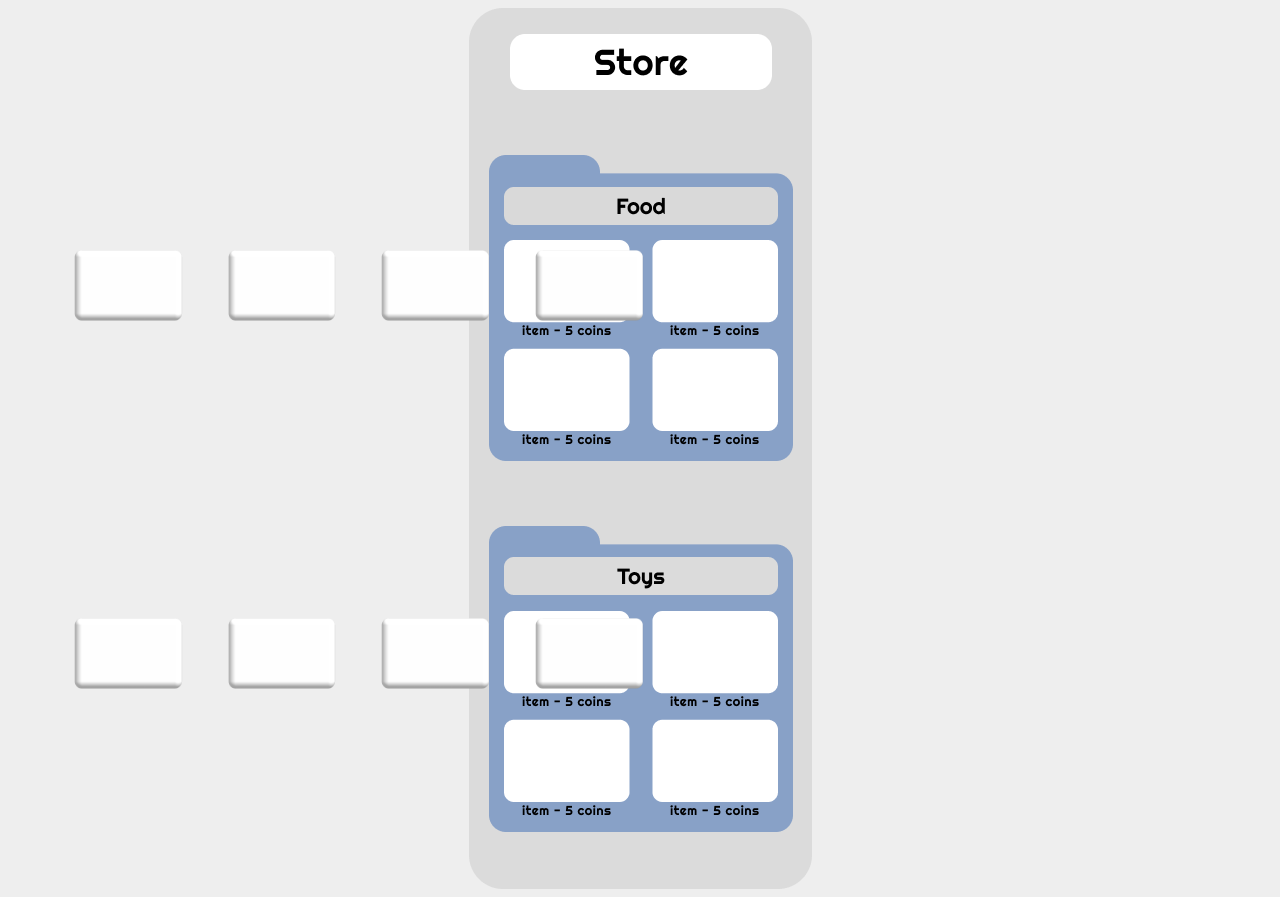
Repository: alemunden/Trash-Scavengers
Page: /ScrappyStore
The author's editor kept a copy of each file at every save. The page is drawn from the files as they stood at one save, then again after the next save.
The browser window is 1280 px wide. The pictures show the whole page.
The project was rebuilt for these pictures with package versions that can differ from the ones it lists, and the page was loaded fresh each time. The framework's server and built-in components were replaced by stand-ins that run in the browser. Also part of the build but not shown: next.config.mjs.

Above is the page before, as saved 2024-04-28 14:54:21.

### pages/ScrappyStore.js
import styles from '@/styles/ScrappyStore.module.css'
import Image from 'next/image'

export default function ScrappyStore() {
    return(
        <>
        <div className={styles.store}>
            <div className={styles.foodItems}>
                <Image src={'/storeitem.png'} width={153.6} height={73.1}/>
                <Image src={'/storeitem.png'} width={153.6} height={73.1}/>
                <Image src={'/storeitem.png'} width={153.6} height={73.1}/>
                <Image src={'/storeitem.png'} width={153.6} height={73.1}/>
            </div>
            <div className={styles.toyItems}>
                <Image src={'/storeitem.png'} width={153.6} height={73.1}/>
                <Image src={'/storeitem.png'} width={153.6} height={73.1}/>
                <Image src={'/storeitem.png'} width={153.6} height={73.1}/>
                <Image src={'/storeitem.png'} width={153.6} height={73.1}/>
            </div>
            <Image src={'/storebackground.png'} width={343} height={881}/>
        </div>
        </>
    )
}

### styles/globals.css
:root {
    --white: #eee;
    --black: #000;
    --light-green: #B4E88C;
    --light-blue: #9EBAE5;
    --light-gray: #c5c5c5;
    --light-yellow: #F3CD70;
    --light-pink: #F3D9D9;
    --medium-green: #429600;
    --gold: #ED9F26;

}

html, body {
    overflow-x: hidden;
    background-color: var(--white);
  }

main {
    padding: 1rem;
  }

li {
    list-style-type: none;
    cursor: pointer;
    margin: 1rem;
    width: 100%;
    padding: 0.5rem;
    color: #000105;
    background-color: var(--light-blue);
    border-radius: 1rem;
    border-bottom: 6px solid #7893bb;
    font-family: "Righteous", sans-serif;
    text-align: center;
    font-size: 1.5rem;
  }

.liHover:hover {
    background-color: #7893bb;
    columns: #fff;
}

.liSelected {
    color: #fff;
    background-color: #000925;
}

### styles/ScrappyStore.module.css
.store {
    display: flex;
    justify-content: center;
}

.foodItems {
    position: absolute;
    display: flex;
    flex-direction: row;
    flex-wrap: wrap;
    top: 15.6rem;
    left: 3.2rem;
    column-gap: 0rem;
    row-gap: 2rem;
}

.toyItems {
    position: absolute;
    display: flex;
    flex-direction: row;
    flex-wrap: wrap;
    top: 38.6rem;
    left: 3.2rem;
    column-gap: 0rem;
    row-gap: 2rem;
}

Loaded but not shown: pages/_app.js (common file); pages/_document.js (common file); pages/api/hello.js (common file)

After the next save:
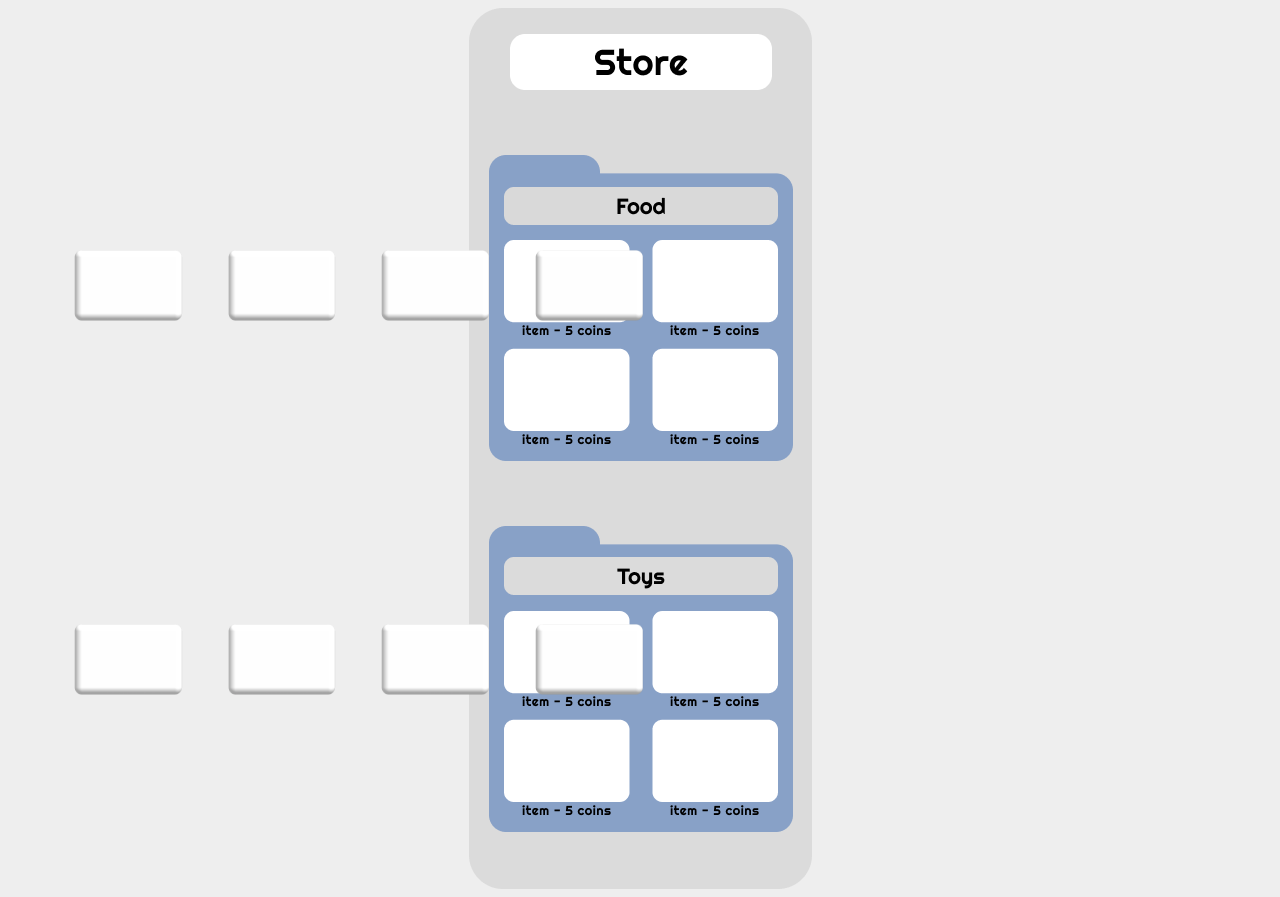
Saved 7 s later.
--- a/styles/ScrappyStore.module.css
+++ b/styles/ScrappyStore.module.css
@@ -19,7 +19,7 @@
     display: flex;
     flex-direction: row;
     flex-wrap: wrap;
-    top: 38.6rem;
+    top: 39rem;
     left: 3.2rem;
     column-gap: 0rem;
     row-gap: 2rem;
